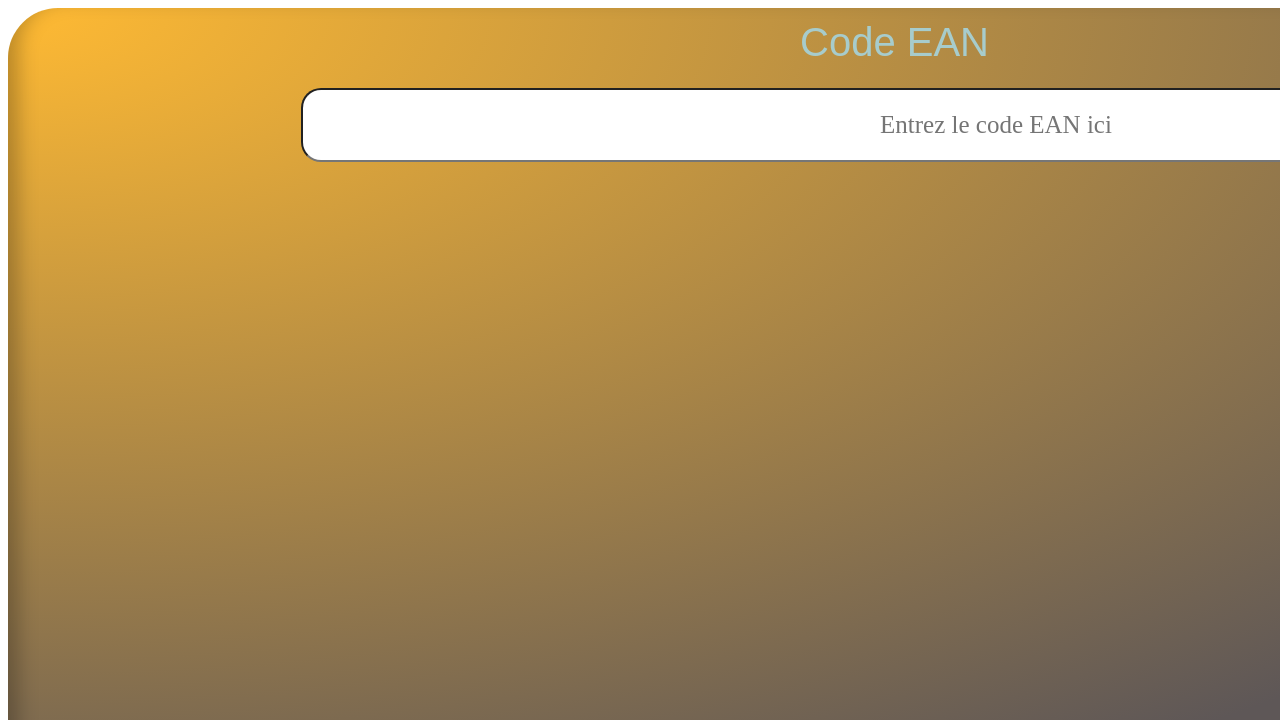
Repository: Zouz01/exo-toucan
Page: index.html
An editor plug-in stored every save of this project. The page is shown before and after a run of saves, followed by the edit.
The browser window is 1280 px wide. The pictures show the whole page.

Above is the page before, as saved 2023-09-21 11:42:05.

After the next 2 saves:
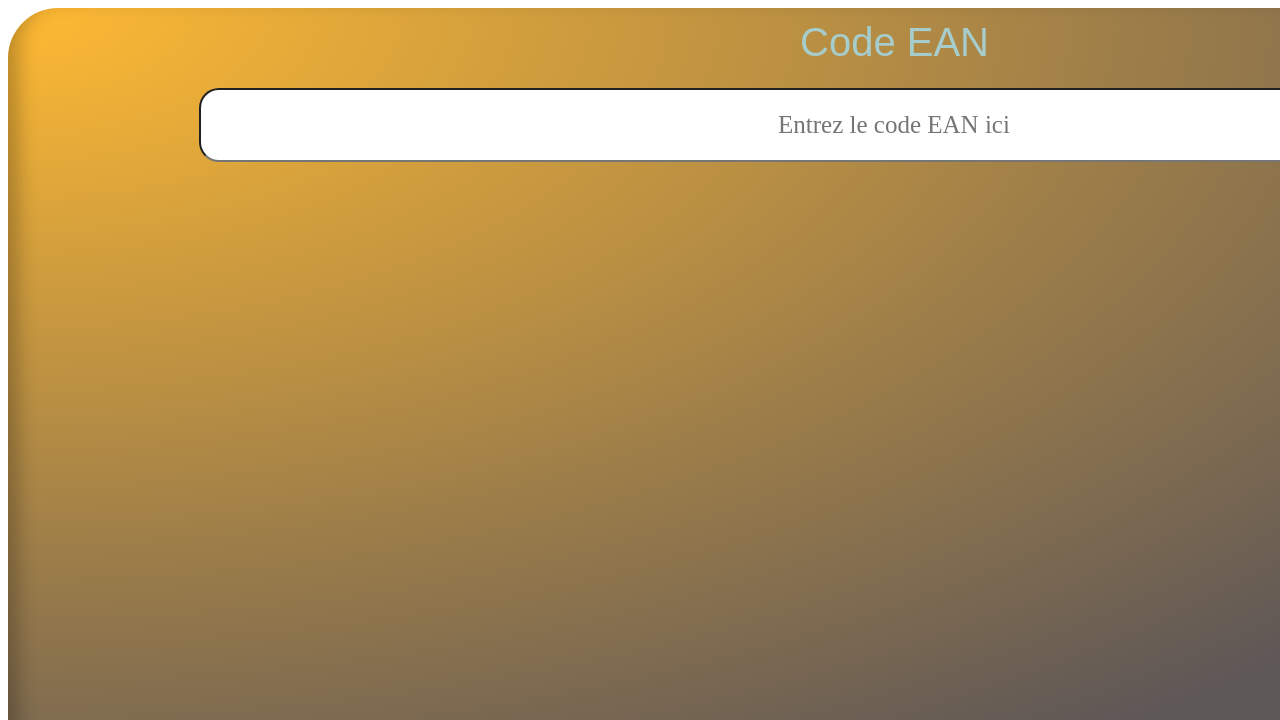
The 2 saves are shown as one change because they came seconds apart.
The last was saved 8 s later.
--- a/main.css
+++ b/main.css
@@ -95,7 +95,7 @@ button[type="submit"] {
 /* styles pour les écrans plus grands */
 @media (min-width: 900px) {
      .container {
-        width: 1980px;
+        width: 1860px;
         height: 900px;
      }
         button[type="submit"] {
